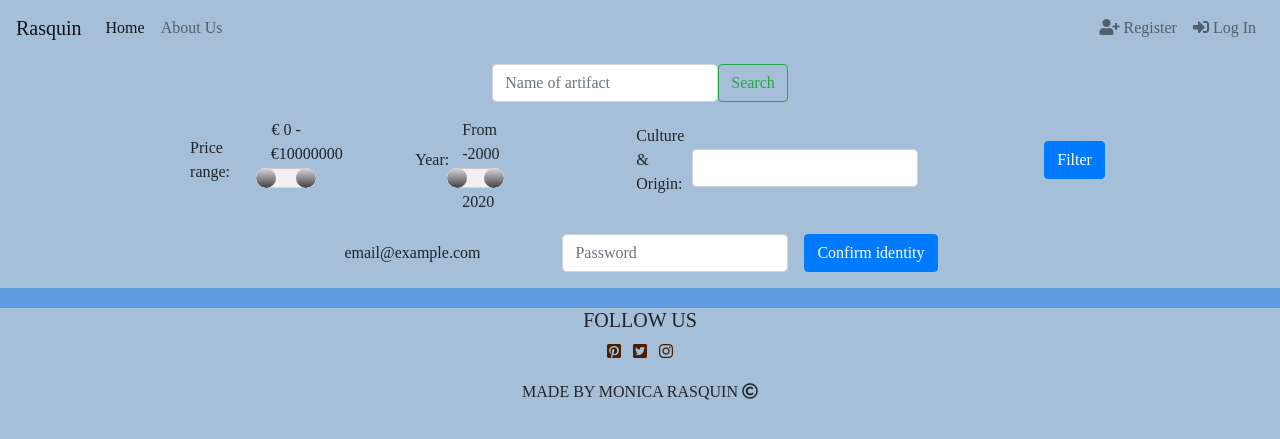
Repository: Rasquin/auction
Page: templates/base.html
The author's editor kept a record of every edit. The page is drawn from the files as they stood at one moment, then again after the next edit.
The browser window is 1280 px wide. The pictures show the whole page.
The template is drawn by Django 2.2. The application's start-up code is not run. Other server files are loaded and not shown. The template is opened directly, without the code that normally fills it, so the values that code supplies are empty.

Above is the page before.

### templates/base.html
<!DOCTYPE html>

{% load staticfiles %}

<html lang="en">

<head>
    <meta charset="UTF-8">
    <meta name="viewport" content="width=device-width, initial-scale=1.0">
    <meta http-equiv="X-UA-Compatible" content="ie=edge">

    <!-- Bootstrap compiled and minified CSS -->
    <link rel="stylesheet" href="https://stackpath.bootstrapcdn.com/bootstrap/4.3.1/css/bootstrap.min.css" integrity="sha384-ggOyR0iXCbMQv3Xipma34MD+dH/1fQ784/j6cY/iJTQUOhcWr7x9JvoRxT2MZw1T" crossorigin="anonymous">

    <!-- Font Awesome compiled and minified CSS -->
    <link rel="stylesheet" href="{% static 'font-awesome/css/all.css' %}">



    <!-- Own CSS -->
    <link rel="stylesheet" href="{% static 'css/mystyle.css' %}" type="text/css" />


    <!-- Own Scripts -->
    <script type="text/javascript" src="{% static 'js/myscript.js' %}"></script>

    <title>{% block page_title %}{% endblock %}</title>

</head>


<body>
    <!-- NavBar area -->
    <nav class="navbar navbar-expand-lg navbar-light bg-light">
        <!-- NavBar Brand-->
        <a class="navbar-brand" href="#">Rasquin</a>
        <button class="navbar-toggler" type="button" data-toggle="collapse" data-target="#navbarSupportedContent" aria-controls="navbarSupportedContent" aria-expanded="false" aria-label="Toggle navigation">
            <span class="navbar-toggler-icon"></span>
        </button>

        <div class="collapse navbar-collapse" id="navbarSupportedContent">
            <!-- NavBar Home & ABout-->
            <ul class="navbar-nav mr-auto">
                <li class="nav-item active">
                    <a class="nav-link" href="{% url 'index' %}">Home <span class="sr-only">(current)</span></a>
                </li>
                <li class="nav-item">
                    <a class="nav-link" href="{% url 'about' %}">About Us</a>
                </li>

            </ul>
            <!-- NavBar User status-->
            <ul class="navbar-nav navbar-right">
                    {% if user.is_authenticated %}
                        <li class="nav-item">
                            <a class="nav-link" href="{% url 'profile' %}"><i class="fa fa-user"></i> Profile</a>
                        </li>
                        <li class="nav-item">
                            <a class="nav-link" href="{% url 'logout' %}"><i class="fa fa-sign-out-alt"></i> Log Out</a>
                        </li>
                        <li class="nav-item">
                            <a class="nav-link" href="{% url 'view_my_biddings' %}"><i class="fas fa-gavel"></i>My Biddings </a>
                        </li>
                    {%  else %}
                        <li class="nav-item">
                            <a class="nav-link" href="{% url 'register' %}"><i class="fa fa-user-plus"></i> Register</a>
                        </li>
                        <li class="nav-item">
                            <a class="nav-link" href="{% url 'login' %}"><i class="fa fa-sign-in-alt"></i> Log In</a>
                        </li>
                    {% endif %}
                </ul>
        </div>
    </nav>

    <!-- Search & Filter area -->

    <!-- Search -->
    <nav class="navbar navbar-light bg-light justify-content-center">
        <form action="{% url 'search_by_name' %}" method="get" class="form-inline ">
            {% csrf_token %}
            <input type="text" class="form-control" id="artifact_name" name="artifact_name" required placeholder="Name of artifact">
            <button class="btn btn-outline-success  my-2 my-sm-0" type="search">Search</button>
        </form>
    </nav>


    <!-- Filters -->

    <nav class="navbar navbar-light bg-light justify-content-center">
        <form action="{% url 'filters' %}" method="get" class="form-inline">
            {% csrf_token %}
            <!-- Price Filter -->
            <div class="form-group" >
                <div class="col-12 col-md-4">
                    <p><label for="amount">Price range:</label></p>
                </div>
                <div class="col-12 col-md-9 col-lg-3">
                    <section class="range-slider-price range-slider">
                        <span class="rangePriceValues rangeValues"></span>
                        <input value="0" min="0" max="10000000" step="2000" type="range" name="min_price">
                        <input value="10000000" min="0" max="10000000" step="2000" type="range" name="max_price">
                    </section>
                </div>
            </div>
            <!-- Year Filter -->
            <div class="form-group" >
                <div class="col-12 col-md-3 col-lg-1">
                    <p><label for="amount">Year:</label></p>
                </div>
                <div class="col-12 col-md-9 col-lg-3">
                    <section class="range-slider-year range-slider">

                        <span class="rangeYearValues"></span>
                        <input value="-2000" min="-2000" max="2020" step="20" type="range" name="min_year">
                        <input value="2020" min="-2000" max="2020" step="20" type="range" name="max_year">
                    </section>
                </div>
            </div>
            <!-- Origin Filter -->
            <div class="form-group" >
                <div class="col-12 col-md-3 col-lg-1">
                    <p><label for="origin">Culture & Origin:</label></p>
                </div>
                <div class="col-12 col-md-9 col-lg-3">
                    <input type="text" class="form-control" id="artifact_origin" name="artifact_origin">
                </div>
            </div>
            <!-- Filter Button -->
            <div class="form-group">
                <div class="row">
                    <div class="col-12 col-lg-1">
                        <p class="text-center">
                            <button class="btn btn-primary" type="search">Filter</button>
                        </p>
                    </div>
                </div>
            </div>

        </form>
    </nav>

    <nav class="navbar navbar-light bg-light justify-content-center">    <form class="form-inline">
            <div class="form-group mb-2">
                <label for="staticEmail2" class="sr-only">Email</label>
                <input type="text" readonly class="form-control-plaintext" id="staticEmail2" value="email@example.com">
            </div>
            <div class="form-group mx-sm-3 mb-2">
                <label for="inputPassword2" class="sr-only">Password</label>
                <input type="password" class="form-control" id="inputPassword2" placeholder="Password">
            </div>
            <button type="submit" class="btn btn-primary mb-2">Confirm identity</button>
        </form>
   </nav>

    {% block filter %}{% endblock %}

    <!-- Messages area -->
{% if messages %}
<div class="alert alert-success">
        <div class="messages">
            {% for message in messages %}
                {{ message }}
            {% endfor %}
        </div>
    </div>
{% endif %}

    <!-- Content area -->
    <div class="container-general">

        <!-- Block content area -->
        <div class="container-fluid">
            {% block content %} {% endblock %}
        </div>

    </div>

    <!-- Footer area -->
    <footer class="container-fluid">


        <!-- SOCIAL MEDIA-->
        <div class="row ">
            <div class="col-12 text-center">
                <h5 class="text-uppercase">Follow Us</h5>
                <ul class="list-inline social-links">
                    <li class="list-inline-item"><a href="#"><i class="fab fa-pinterest-square"  aria-hidden="true"></i></a></li>
                    <li class="list-inline-item"><a href="#"><i class="fab fa-twitter-square" aria-hidden="true"></i></a></li>
                    <li class="list-inline-item"><a href="#"><i class="fab fa-instagram" aria-hidden="true"></i></a></li>
                </ul>
            </div>
        </div>

        <!--COPYRIGHT-->
        <div class="row ">
            <div class="col-12">

                <p class="text-center text-uppercase">Made by Monica Rasquin <i class="far fa-copyright"></i> </p>
            </div>
        </div>
    </footer>


    <!-- Bootstrap compiled and minified JavaScript -->
    <script src="https://code.jquery.com/jquery-3.3.1.slim.min.js" integrity="sha384-q8i/X+965DzO0rT7abK41JStQIAqVgRVzpbzo5smXKp4YfRvH+8abtTE1Pi6jizo" crossorigin="anonymous"></script>
    <script src="https://cdnjs.cloudflare.com/ajax/libs/popper.js/1.14.7/umd/popper.min.js" integrity="sha384-UO2eT0CpHqdSJQ6hJty5KVphtPhzWj9WO1clHTMGa3JDZwrnQq4sF86dIHNDz0W1" crossorigin="anonymous"></script>
    <script src="https://stackpath.bootstrapcdn.com/bootstrap/4.3.1/js/bootstrap.min.js" integrity="sha384-JjSmVgyd0p3pXB1rRibZUAYoIIy6OrQ6VrjIEaFf/nJGzIxFDsf4x0xIM+B07jRM" crossorigin="anonymous"></script>
    {% block head_js %} {% endblock %}

</body>
</html>

### static/js/myscript.js
//--------------------------------------Slider for Prices filter
function getPriceVals() {
    // Get slider price values
    var parent = this.parentNode;
    var slides = parent.getElementsByTagName("input");
    var slide1 = parseFloat(slides[0].value);
    var slide2 = parseFloat(slides[1].value);
    // Neither slider will clip the other, so make sure we determine which is larger
    if (slide1 > slide2) { var tmp = slide2;
        slide2 = slide1;
        slide1 = tmp; }

    var displayElement = parent.getElementsByClassName("rangePriceValues")[0];
    displayElement.innerHTML = "€ " + slide1 + " - €" + slide2;
}

//--------------------------------------Slider for Year filter
function getYearVals() {
    // Get Year slider values
    var parent = this.parentNode;
    var slides = parent.getElementsByTagName("input");
    var slide1 = parseFloat(slides[0].value);
    var slide2 = parseFloat(slides[1].value);
    // Neither slider will clip the other, so make sure we determine which is larger
    if (slide1 > slide2) { var tmp = slide2;
        slide2 = slide1;
        slide1 = tmp; }

    var displayElement = parent.getElementsByClassName("rangeYearValues")[0];
    displayElement.innerHTML = "From " + slide1 + " To " + slide2;
}

//----------------------------------------------- Initialize Sliders
window.onload = function() {
    // For Price
    var sliderSectionsPrice = document.getElementsByClassName("range-slider-price");
    for (var x = 0; x < sliderSectionsPrice.length; x++) {
        var slidersPrice = sliderSectionsPrice[x].getElementsByTagName("input");
        for (var y = 0; y < slidersPrice.length; y++) {
            if (slidersPrice[y].type === "range") {
                slidersPrice[y].oninput = getPriceVals;
                // Manually trigger event first time to display values
                slidersPrice[y].oninput();
            }
        }
    }
    // For Year
    var sliderSectionsYear = document.getElementsByClassName("range-slider-year");
    for (var x = 0; x < sliderSectionsYear.length; x++) {
        var slidersYear = sliderSectionsYear[x].getElementsByTagName("input");
        for (var y = 0; y < slidersYear.length; y++) {
            if (slidersYear[y].type === "range") {
                slidersYear[y].oninput = getYearVals;
                // Manually trigger event first time to display values
                slidersYear[y].oninput();
            }
        }
    }
}

Loaded but not shown: static/font-awesome/css/all.css (library); static/css/mystyle.css (common file)

After the next edit:
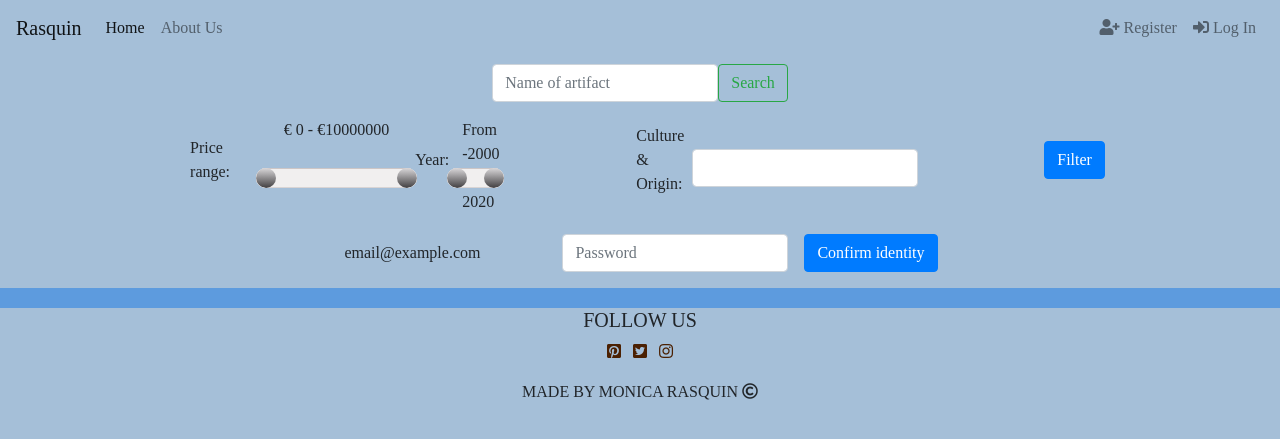
The edit:
--- a/templates/base.html
+++ b/templates/base.html
@@ -95,7 +95,7 @@
                 <div class="col-12 col-md-4">
                     <p><label for="amount">Price range:</label></p>
                 </div>
-                <div class="col-12 col-md-9 col-lg-3">
+                <div class="col-12 col-md-8">
                     <section class="range-slider-price range-slider">
                         <span class="rangePriceValues rangeValues"></span>
                         <input value="0" min="0" max="10000000" step="2000" type="range" name="min_price">
